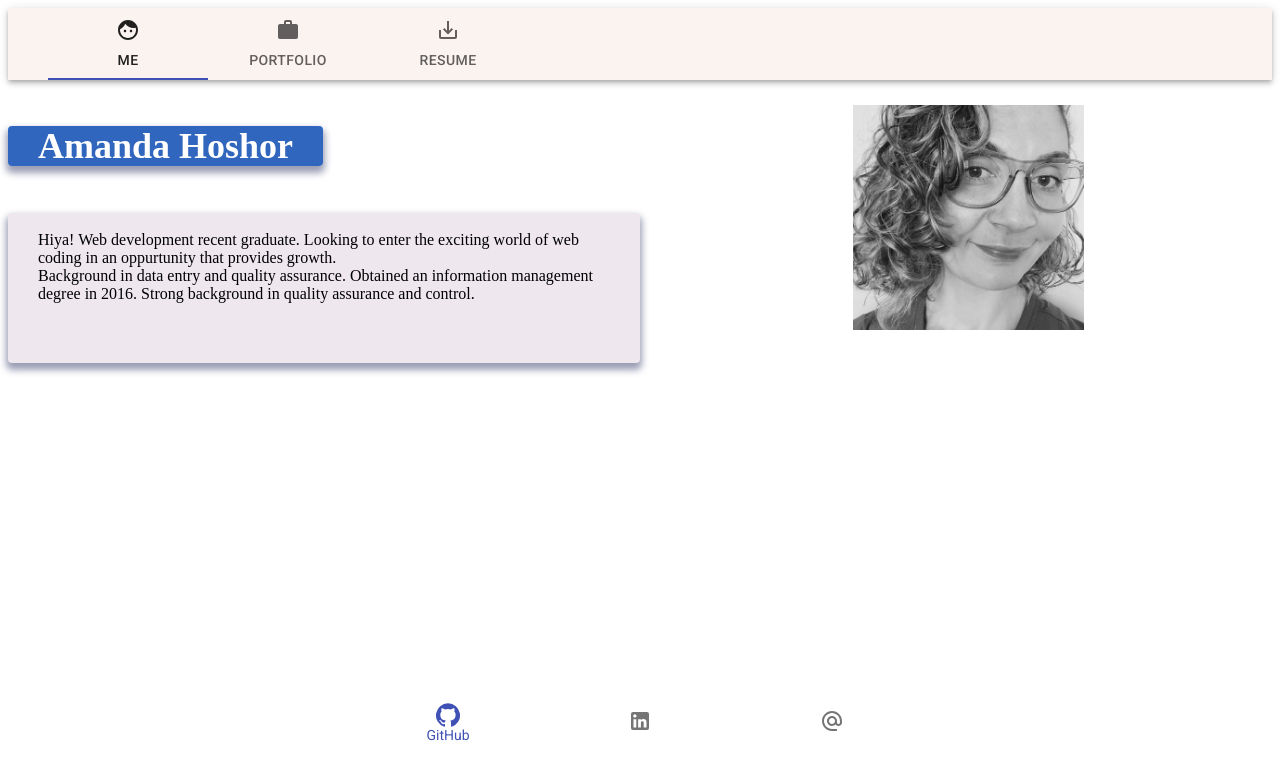
Repository: mandahos/hoshor
Page: /
The author's editor kept a copy of each file at every save. The page is drawn from the files as they stood at one save, then again after the next save.
The browser window is 1280 px wide. The pictures show the whole page.
The project was rebuilt for these pictures with package versions that can differ from the ones it lists, and the page was loaded fresh each time. Also part of the build but not shown: src/components/Portfolio/index.js, src/components/Resume/index.js. Imported but missing from the stored project, and not drawn on this page: src/assets/resume/Amanda_Hoshor_Resume.PDF, src/assets/resume/Resume_Hoshor (1).pdf.

Above is the page before, as saved 2021-08-22 09:09:48.

### public/index.html
<!DOCTYPE html>
<html lang="en">
  <head>
    <meta charset="utf-8" />
    <link rel="icon" href="%PUBLIC_URL%/favicon.ico" />
    <meta name="viewport" content="width=device-width, initial-scale=1" />
    <meta name="theme-color" content="#000000" />
    <meta
      name="description"
      content="Web site created using create-react-app"
    />
    <link rel="apple-touch-icon" href="%PUBLIC_URL%/logo192.png" />
    <link rel="stylesheet" href="https://fonts.googleapis.com/css?family=Roboto:300,400,500,700&display=swap" />

    <!--
      manifest.json provides metadata used when your web app is installed on a
      user's mobile device or desktop. See https://developers.google.com/web/fundamentals/web-app-manifest/
    -->

    <link rel="stylesheet" href="https://fonts.googleapis.com/icon?family=Material+Icons" />
    <link rel="manifest" href="%PUBLIC_URL%/manifest.json" />
    <!--
      Notice the use of %PUBLIC_URL% in the tags above.
      It will be replaced with the URL of the `public` folder during the build.
      Only files inside the `public` folder can be referenced from the HTML.

      Unlike "/favicon.ico" or "favicon.ico", "%PUBLIC_URL%/favicon.ico" will
      work correctly both with client-side routing and a non-root public URL.
      Learn how to configure a non-root public URL by running `npm run build`.
    -->
    <title>Hoshor</title>
  </head>
  <body>
    <noscript>You need to enable JavaScript to run this app.</noscript>
    <div id="root"></div>
    <!--
      This HTML file is a template.
      If you open it directly in the browser, you will see an empty page.

      You can add webfonts, meta tags, or analytics to this file.
      The build step will place the bundled scripts into the <body> tag.

      To begin the development, run `npm start` or `yarn start`.
      To create a production bundle, use `npm run build` or `yarn build`.
    -->
  </body>
</html>

### src/index.js
import React from 'react';
import ReactDOM from 'react-dom';
import './css/styles.css';
import App from './App';

ReactDOM.render(
  <React.StrictMode>
    <App />

  </React.StrictMode>,
  document.getElementById('root')
);

// If you want to start measuring performance in your app, pass a function
// to log results (for example: reportWebVitals(console.log))
// or send to an analytics endpoint. Learn more: https://bit.ly/CRA-vitals

### src/css/styles.css
.App {
  font-family: Arial, Helvetica, sans-serif;
  text-align: center;
  background-color: #7A6174;
  color: white
}
h1 {
  font-size: 48px;

}
h2 {
  font-size: 14px
}
.About {
  font-family: Cambria, Cochin, Georgia, Times, 'Times New Roman', serif
}
h3 {
  text-align: left;
}

p {
  text-align: left;
}

### src/App.js
import React, { useState } from "react";
import "./css/styles.css";
import  Navigation from "./components/Navigation";
import  Footer  from "./components/Footer";
import { makeStyles } from '@material-ui/core/styles';


// import background from "./assets/images/plug.png"


export default function App() {

  return (
    <div >
      <Navigation />



        <Footer />
    </div>
  )
}

### src/components/Navigation/index.js
import React from 'react';
import PropTypes from 'prop-types';
import { makeStyles } from '@material-ui/core/styles';
import AppBar from '@material-ui/core/AppBar';
import Tabs from '@material-ui/core/Tabs';
import Tab from '@material-ui/core/Tab';

import FaceIcon from '@material-ui/icons/Face';
import WorkIcon from '@material-ui/icons/Work';
import SaveAltIcon from '@material-ui/icons/SaveAlt';

import Typography from '@material-ui/core/Typography';
import Box from '@material-ui/core/Box';

import Me from '../Me/index'
import Portfolio from '../Portfolio/index'
import Resume from '../Resume/index'

function TabPanel(props) {
  const { children, value, index, ...other } = props;

  return (
    <div
      role="tabpanel"
      hidden={value !== index}
      id={`scrollable-force-tabpanel-${index}`}
      aria-labelledby={`scrollable-force-tab-${index}`}
      {...other}
    >
      {value === index && (
        <Box p={3}>
          <Typography>{children}</Typography>
        </Box>
      )}
    </div>
  );
}

TabPanel.propTypes = {
  children: PropTypes.node,
  index: PropTypes.any.isRequired,
  value: PropTypes.any.isRequired,
};

function a11yProps(index) {
  return {
    id: `scrollable-force-tab-${index}`,
    'aria-controls': `scrollable-force-tabpanel-${index}`,
  };
}

const useStyles = makeStyles((theme) => ({
  root: {
    flexGrow: 1,
    width: '100%',
    backgroundColor: '#f8edeb',
  },
  navBar:{
    backgroundColor: '#FAF3F0',

    textColor: "#2C2628"
  }
}));

export default function ScrollableTabsButtonForce() {
  const classes = useStyles();
  const [value, setValue] = React.useState(0);

  const handleChange = (event, newValue) => {
    setValue(newValue);
  };


  return (
    <>
      <div >
        <AppBar position="static" color="default">
          <Tabs
            value={value}
            onChange={handleChange}
            className= {classes.navBar}
            variant="scrollable"
            scrollButtons="on"
            indicatorColor="primary"
            // textColor="primary"
            aria-label="scrollable force tabs example"
          >

            <Tab label="Me" icon={<FaceIcon />} {...a11yProps(0)} />
            <Tab label="Portfolio" icon={<WorkIcon />} {...a11yProps(1)} />
            <Tab label="Resume" icon={<SaveAltIcon />} {...a11yProps(2)} />
          </Tabs>
        </AppBar>


        {value === 0 && <Me />}
        {value === 1 && <Portfolio />}
        {value === 2 && <Resume />}

      </div>
    </>
  );
}

### src/components/Footer/index.js
import React from 'react';
import { makeStyles } from '@material-ui/core/styles';
import BottomNavigation from '@material-ui/core/BottomNavigation';
import BottomNavigationAction from '@material-ui/core/BottomNavigationAction';
import LinkedInIcon from '@material-ui/icons/LinkedIn';
import GitHubIcon from '@material-ui/icons/GitHub';
import AlternateEmailIcon from '@material-ui/icons/AlternateEmail';
import CSS from './footer.css'

const useStyles = makeStyles({
  root: {
    width: 500,


  },
});

export default function LabelBottomNavigation() {
  const footer = useStyles();
  const [value, setValue] = React.useState('recents');

  const handleChange = (event, newValue) => {
    setValue(newValue);
  };

  return (
    <BottomNavigation value={value} onChange={handleChange} className={footer}>
      <BottomNavigationAction a href="https://github.com/mandahos" label="GitHub" value="recents" icon={<GitHubIcon />} />
      <BottomNavigationAction a href="https://www.linkedin.com/in/amanda-hoshor/" label="LinkedIn" value="favorites" icon={<LinkedInIcon />} />
      <BottomNavigationAction a href="mailto:hoshor.manda@gmail.com" label="Email" value="nearby" icon={<AlternateEmailIcon />} />

    </BottomNavigation>
  );
}

### src/components/Me/index.js
import React from 'react';
import {
  Container,
  Stack,
  Flex,
  Box,
  Heading,
  Text,
  Image

} from '@chakra-ui/react';
import { makeStyles } from '@material-ui/core/styles';


import picture from '../../assets/images/portfolio.jpg'

const useStyles = makeStyles({
  header: {
    background: '#3066BE',
    border: 0,
    borderRadius: 4,
    boxShadow: '0 5px 7px 2px #9b9fb5',
    color: 'white',
    height: 48,
    padding: '0 30px',

  },
  textBox: {
    background: '#EEE7EE',
    border: 0,
    borderRadius: 4,
    boxShadow: '0 5px 7px 2px #9b9fb5',
    height: 150,
    padding: '0 30px',
    justify: 'centered'
  }

});

const Me = () => {
  const classes = useStyles();
  return (

    <Container maxW={'7xl'} >
      <Stack
        align={'center'}
        spacing={{ base: 8, md: 10 }}
        py={{ base: 20, md: 28 }}
        direction={{ base: 'column', md: 'row' }}
        >

        <Stack flex={1} spacing={{ base: 5, md: 10 }}>
          <Heading
            lineHeight={1.1}
            fontWeight={800}
            fontSize={36}

            >
            <Text
              as={'span'}
              position={'relative'}
              _after={{
                content: "''",
                width: 'full',
                height: '80%',
                position: 'absolute',
                bottom: 1,
                left: 0,
                bg: 'red.400',
                zIndex: -1,


              }}
              className={classes.header}>
              Amanda Hoshor
            </Text>
            <br />

          </Heading>
          <Text color={'black.500'} className={classes.textBox}>
            <br />
            Hiya! Web development recent graduate. Looking to enter the exciting world of web coding in an oppurtunity that provides growth.
            <br/>
            Background in data entry and quality assurance. Obtained an information management degree in 2016. Strong background in quality assurance and control.
          </Text>
          <Stack
            spacing={{ base: 4, sm: 6 }}
            direction={{ base: 'column', sm: 'row' }}>

          </Stack>
        </Stack>
        <Flex
          flex={1}
          justify={'center'}
          align={'center'}
          position={'relative'}
          w={'full'}>

          <Box
            position={'relative'}
            height={'300px'}
            rounded={'2xl'}
            boxShadow={'2xl'}
            width={'full'}
            overflow={'hidden'}>

            <Image
              alt={'Me'}
              fit={'cover'}
              align={'center'}
              padding={'25px'}
              w={'100%'}
              h={'75%'}
              src={
                picture
              }

            />
          </Box>
        </Flex>
      </Stack>
    </Container>
  );
}

export default Me;

### src/components/Footer/footer.css
.root {
    display: block;
    margin-left: auto;
    margin-right: auto;
    margin-top: 25%;
    justify-content: center;
    position: relative;
    bottom: 0;

}

After the next save:
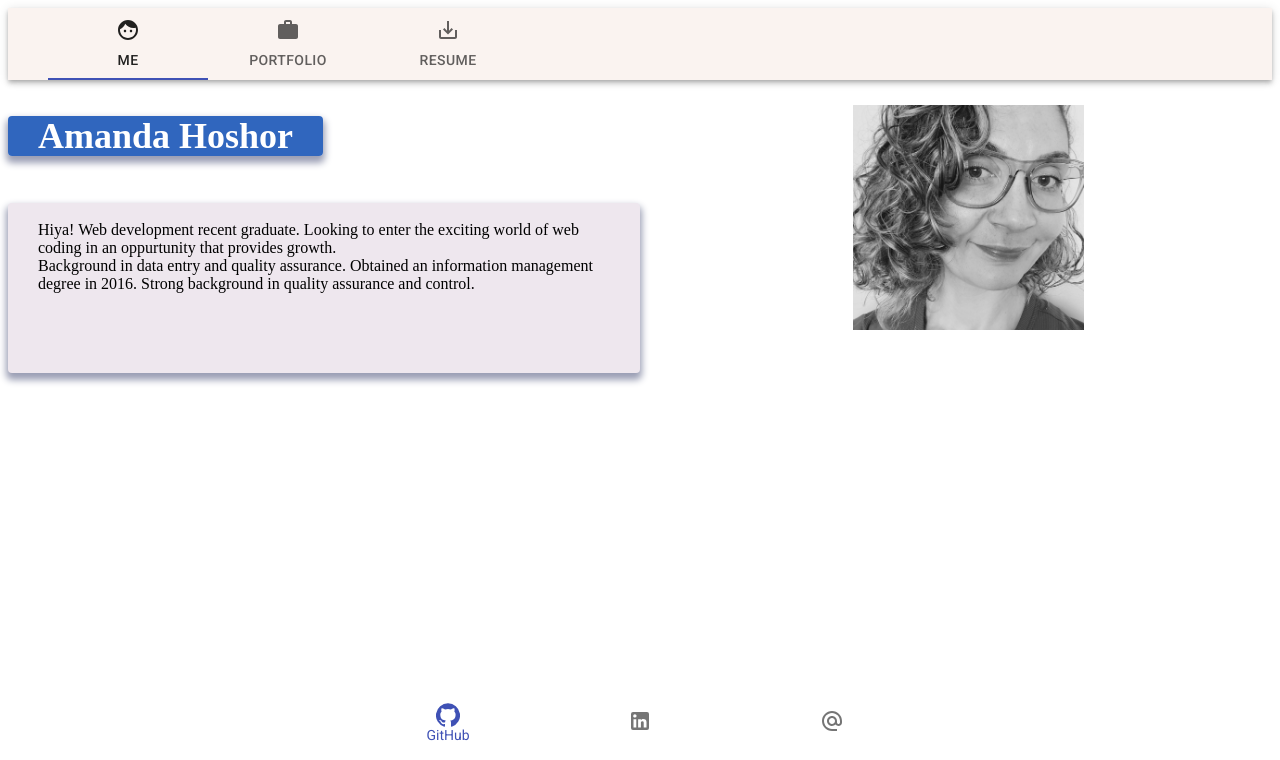
Saved 11 s later.
--- a/src/components/Me/index.js
+++ b/src/components/Me/index.js
@@ -30,7 +30,7 @@ const useStyles = makeStyles({
     border: 0,
     borderRadius: 4,
     boxShadow: '0 5px 7px 2px #9b9fb5',
-    height: 150,
+    height: 170,
     padding: '0 30px',
     justify: 'centered'
   }
